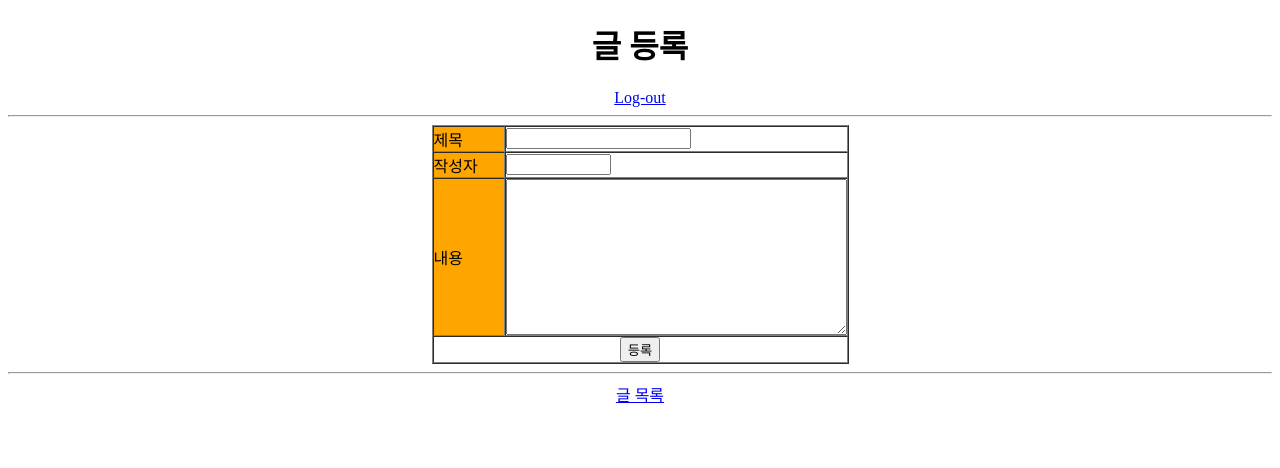
Repository: WillNeiman/Spring-Workspace
Page: http://localhost/09_SpringMVC_Annotation/insertBoard.jsp
An editor plug-in stored every save of this project. The page is shown before and after the next save, followed by the edit.
The browser window is 1280 px wide. The pictures show the whole page.
The page is served by Tomcat 9. Nobody is signed in. The application's start-up code is not run.

Above is the page before, as saved 2023-04-30 06:15:12.

After the next save:
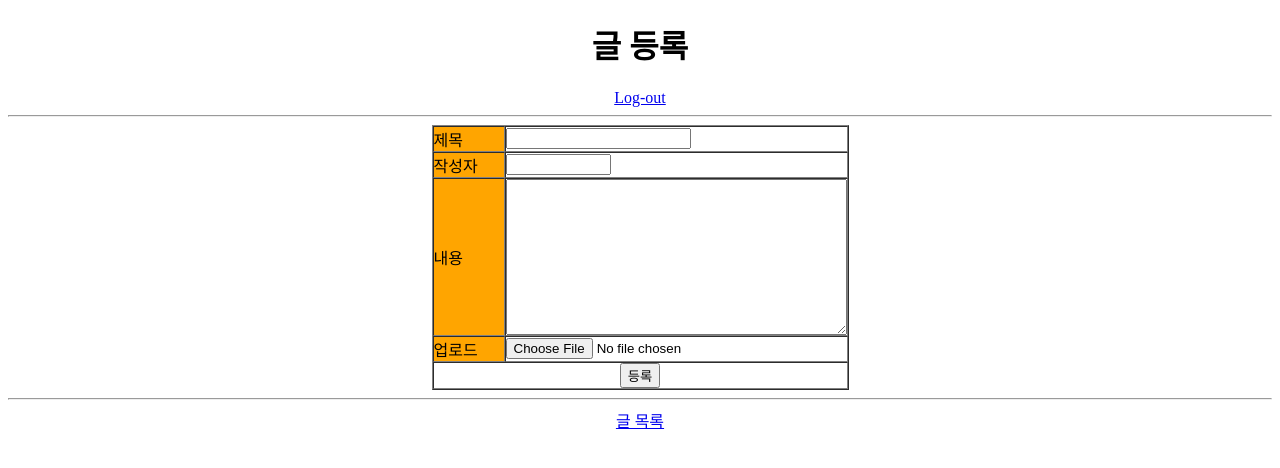
Saved 104 s later.
--- a/09_SpringMVC_Annotation/src/main/webapp/insertBoard.jsp
+++ b/09_SpringMVC_Annotation/src/main/webapp/insertBoard.jsp
@@ -12,7 +12,7 @@
 		<h1>글 등록</h1>
 		<a href="logout.do">Log-out</a>
 		<hr>
-		<form action="insertBoard.do" method="post">
+		<form action="insertBoard.do" method="post" enctype="multipart/form-data">
 			<table border="1" cellpadding="0" cellspacing="0">
 				<tr>
 					<td bgcolor="orange" width="70">제목</td>
@@ -27,6 +27,10 @@
 					<td align="left"><textarea name="content" cols="40" rows="10"></textarea></td>
 				</tr>
 				<tr>
+					<td bgcolor="orange" width="70">업로드</td>
+					<td align="left"><input type="file" name="uploadFile"/></td>
+				</tr>
+				<tr>
 					<td colspan="2" align="center"><input type="submit" value="등록"/></td>
 				</tr>
 			</table>
